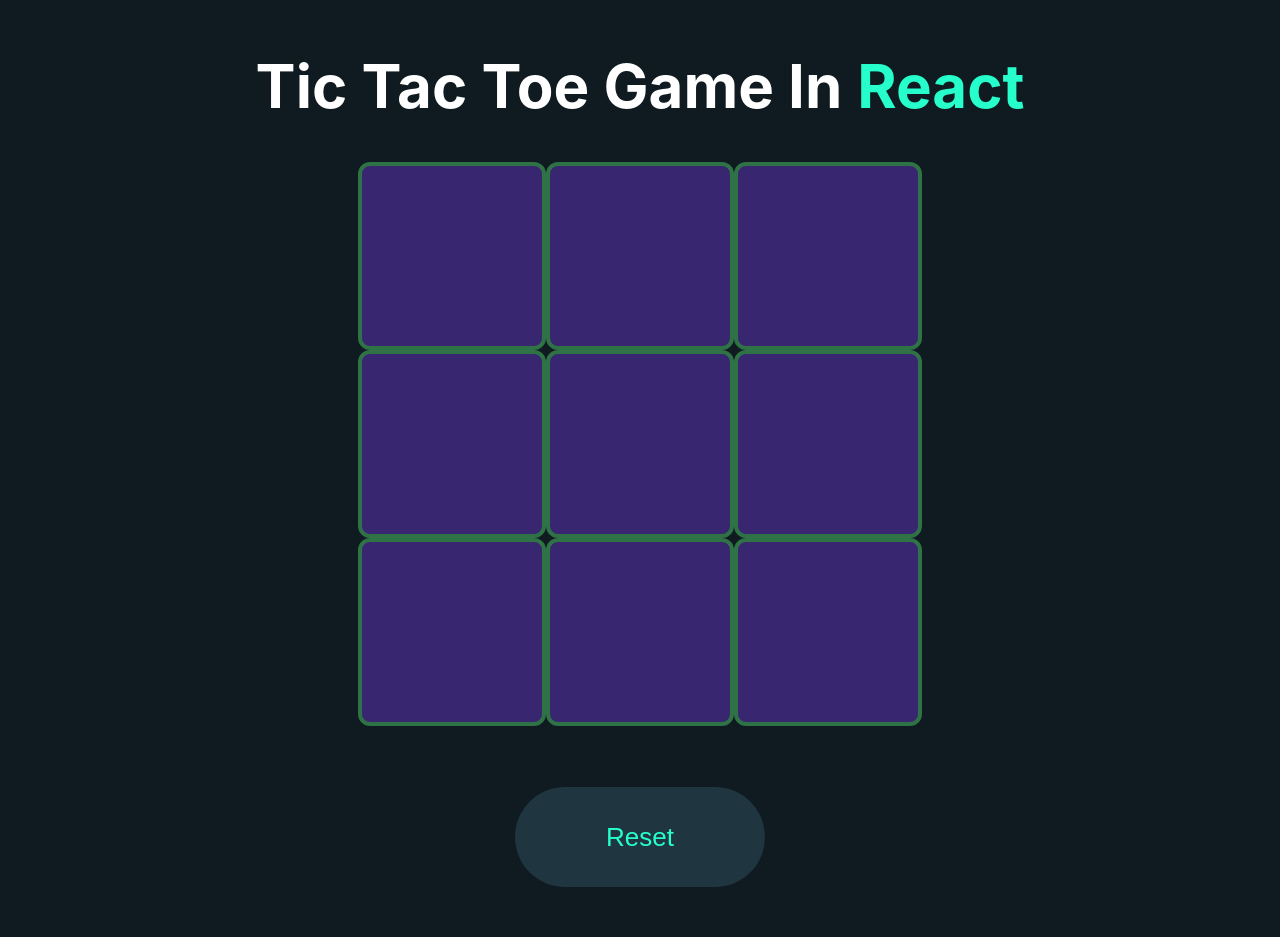
Repository: GigaByte6610/TicTacToe
Page: /
These files come from the project's save history. The page is drawn as it stood at one moment and after the next save; the edit follows.
The browser window is 1280 px wide. The pictures show the whole page.
The project was rebuilt for these pictures with package versions that can differ from the ones it lists, and the page was loaded fresh each time. Also part of the build but not shown: src/App.css.

Above is the page before, as saved 2025-02-01 07:14:58.

After the next save:
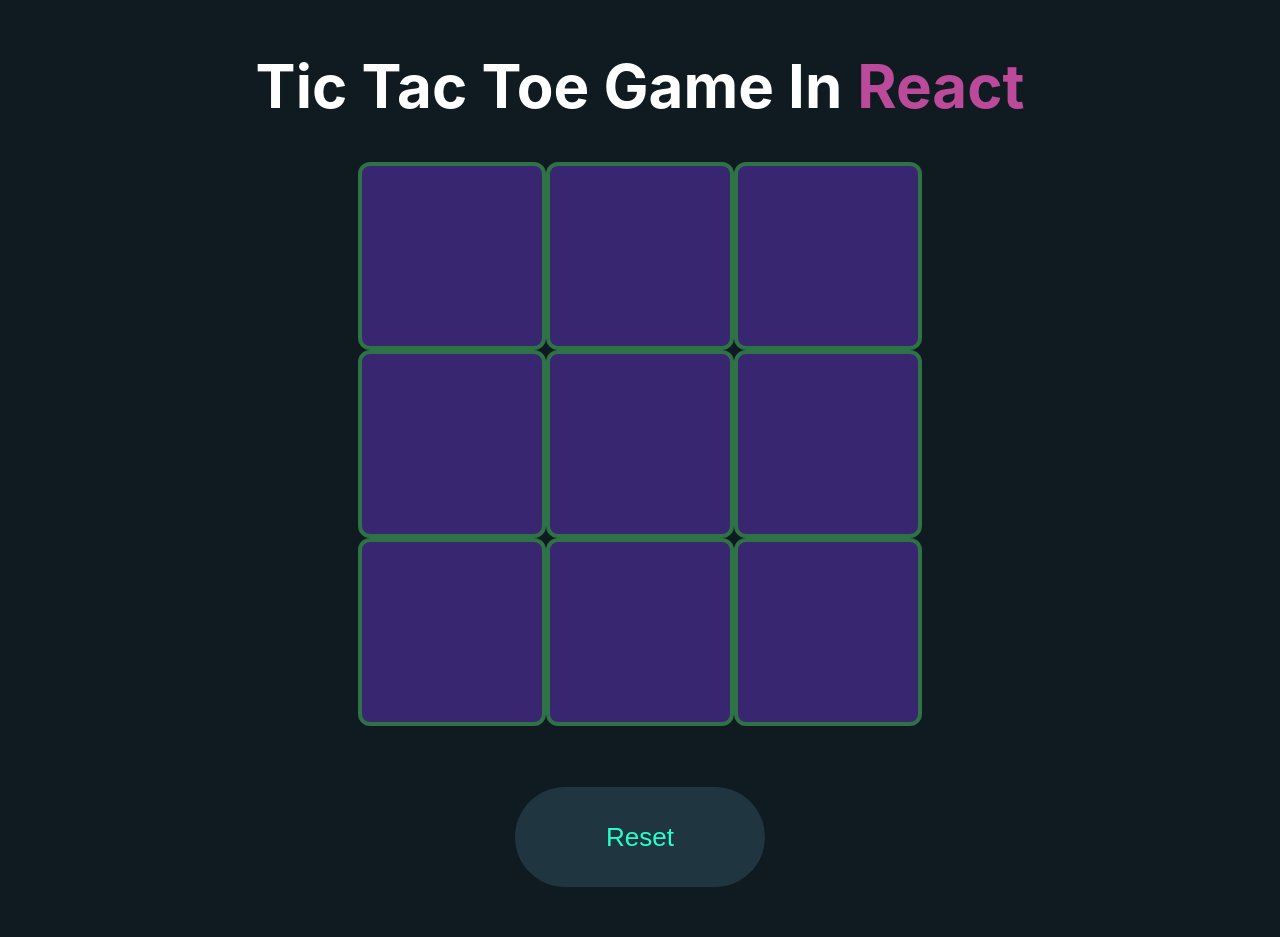
Saved 102 s later.
--- a/src/Components/TicTacToe/TicTacToe.css
+++ b/src/Components/TicTacToe/TicTacToe.css
@@ -12,7 +12,7 @@
 }
 
 .title span {
-    color: #26ffcb;
+    color: #bc4a9a;
     padding-left: 15px;
 }
 
